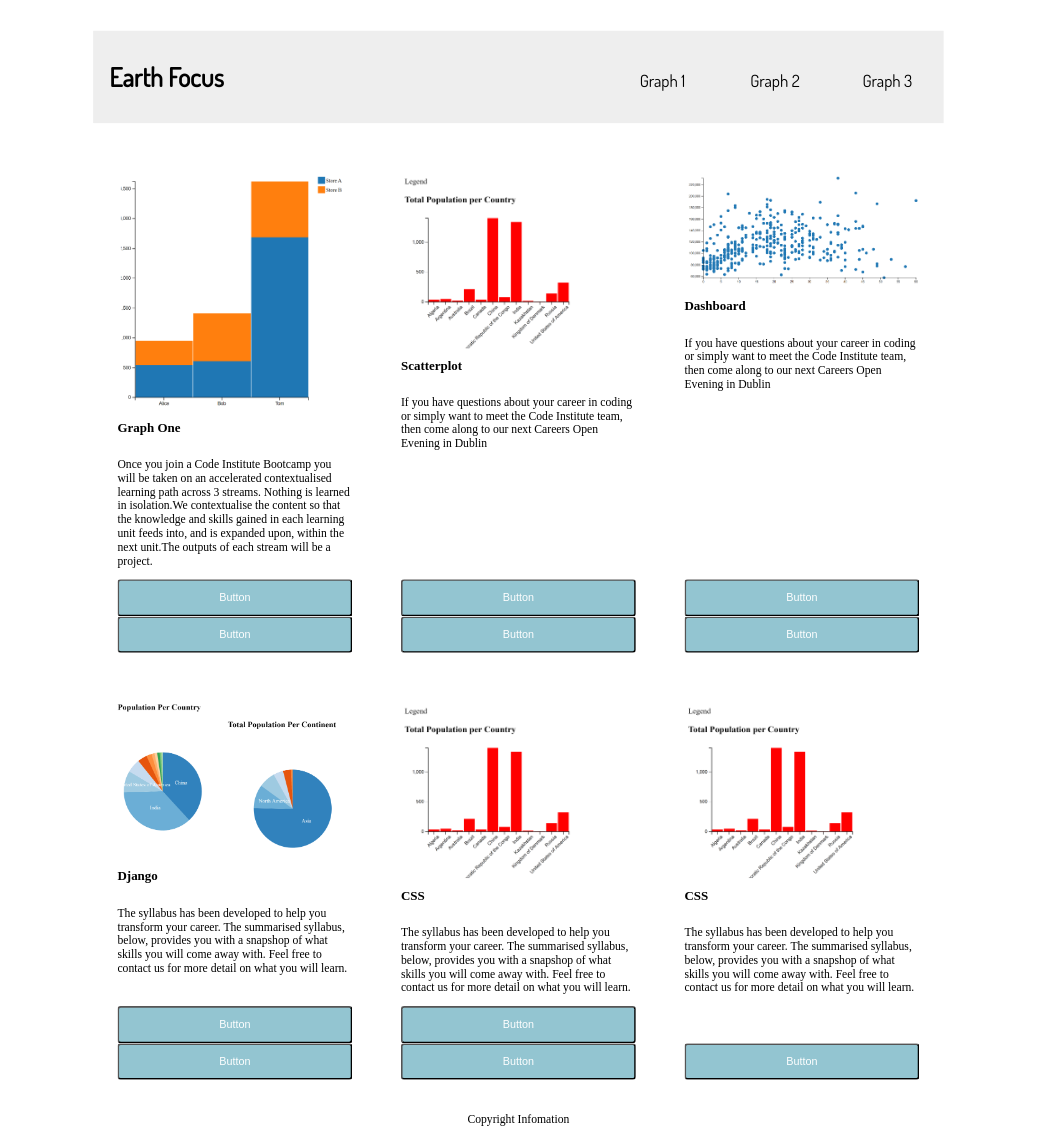
Repository: Code-Institute-Submissions/SOliv1-milestone2_NovResub
Page: index.html
The author's editor kept a record of every edit. The page is drawn from the files as they stood at one moment, then again after the next edit.
The browser window is 1280 px wide. The pictures show the whole page, at 81% of full size.
Some web libraries are served in a nearby version.

Above is the page before.

After the next edit:
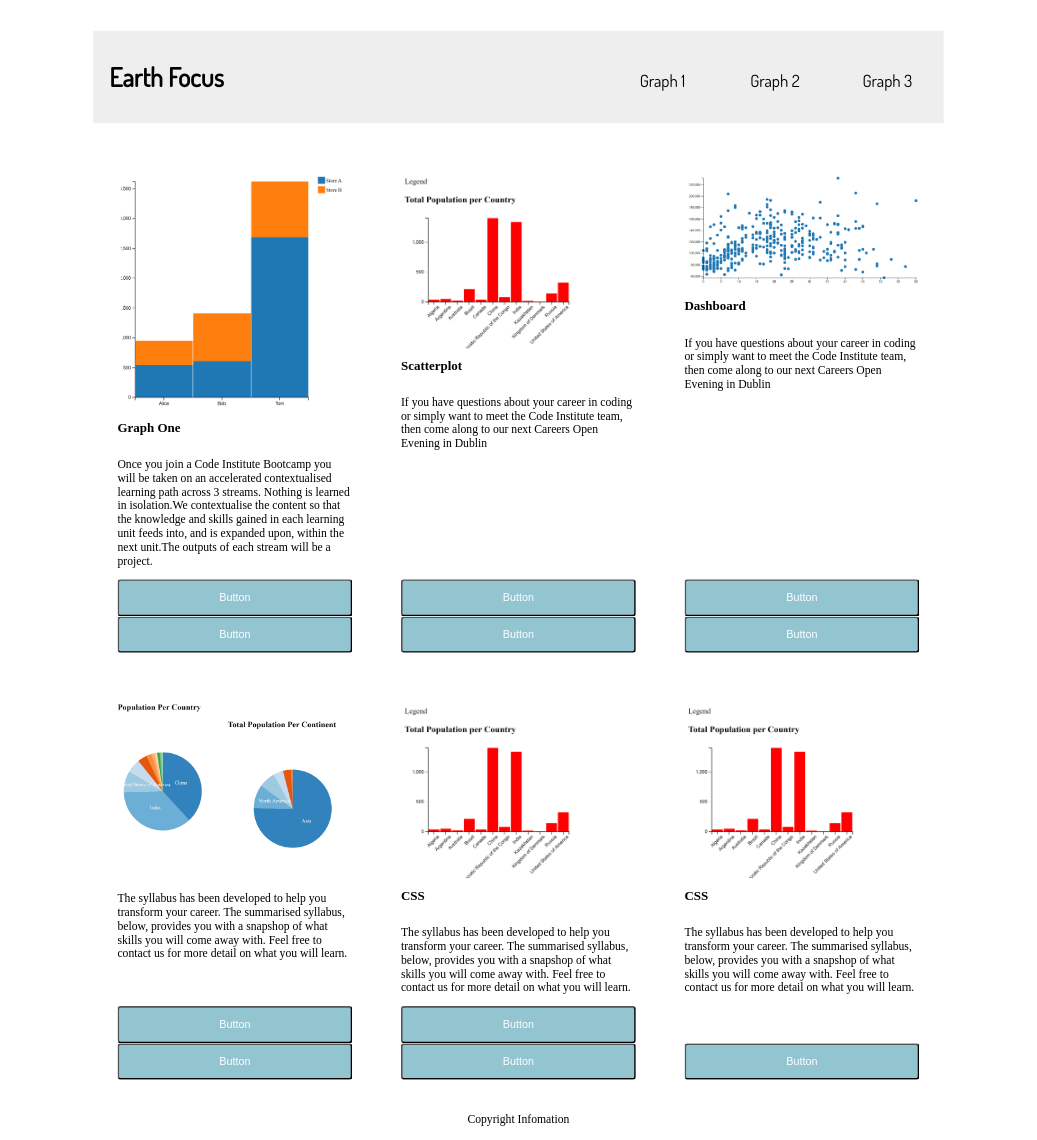
The edit:
--- a/index.html
+++ b/index.html
@@ -45,7 +45,7 @@
         </div>
         <div class="card graph3">
             <img class="card_image" src="img/4.png" alt="coding icon">
-            <h2 class="card_head">Django</h2>
+            <h2 class="card_head"></h2>
             <p class="card_para">The syllabus has been developed to help you transform your career. The summarised syllabus, below, provides you with a snapshop of what skills you will come away with. Feel free to contact us for more detail on what you will learn.</p>
             <button class="bottom_button">Button</>
              <button id="button_effects4" class="bottom_button">Button</button>
